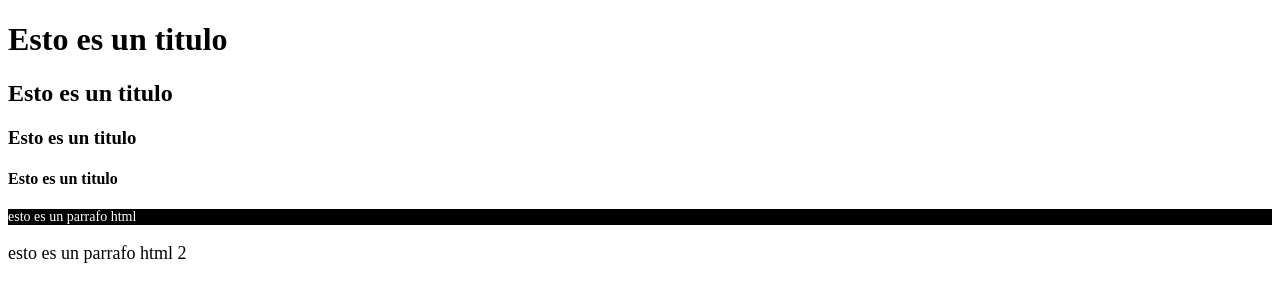
Repository: gazagal/workspace
Page: login-web-app/src/main/webapp/index.html
These files come from the project's save history. The page is drawn as it stood at one moment and after the next save; the edit follows.
The browser window is 1280 px wide. The pictures show the whole page.

Above is the page before, as saved 2016-06-20 16:41:45.

### login-web-app/src/main/webapp/index.html
<!DOCTYPE html>
<html>
<head>
<meta charset="ISO-8859-1">
<title>Pagina Inicial</title>
<style type="text/css">
	p.intro{color:white; font-size: 14px; background-color: black;}
	p.contenido{color:black; font-size: 18px;}
</style>

</head>
<body>
	<h1>Esto es un titulo</h1>
	<h2>Esto es un titulo</h2>
	<h3>Esto es un titulo</h3>
	<h4>Esto es un titulo</h4>

	<p class="intro">esto es un parrafo html</p>
	<p class="contenido">esto es un parrafo html 2</p>

</body>
</html>

After the next save:
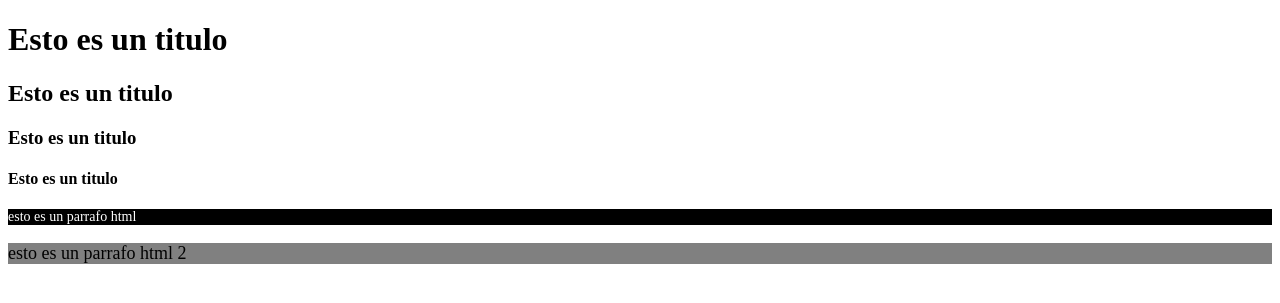
Saved 72 s later.
--- a/login-web-app/src/main/webapp/index.html
+++ b/login-web-app/src/main/webapp/index.html
@@ -5,7 +5,7 @@
 <title>Pagina Inicial</title>
 <style type="text/css">
 	p.intro{color:white; font-size: 14px; background-color: black;}
-	p.contenido{color:black; font-size: 18px;}
+	p.contenido{color:black; font-size: 18px; background-color: gray;}
 </style>
 
 </head>
